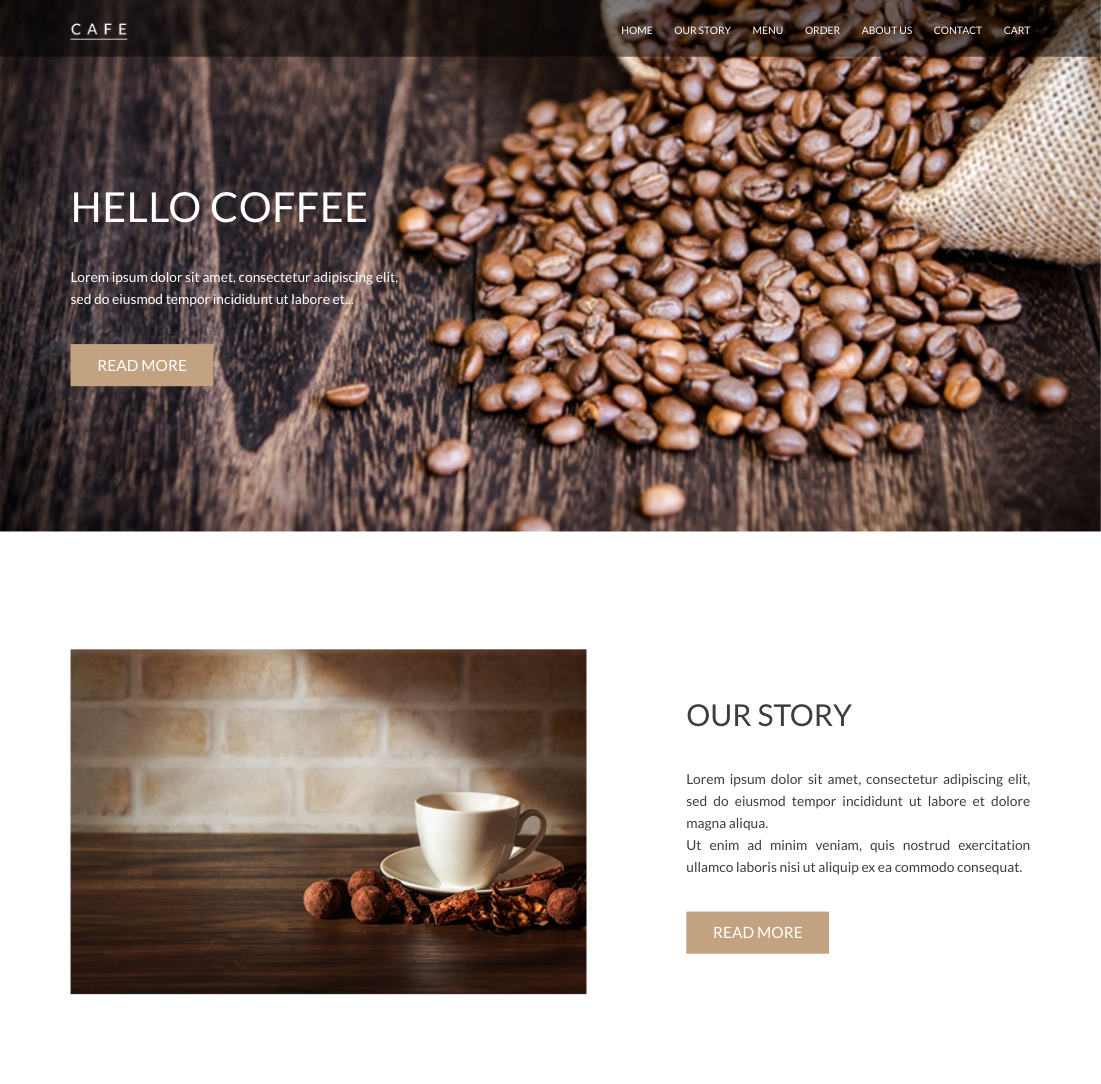
Repository: kuluong2000/coffe
Page: index.html
The author's editor kept a copy of each file at every save. The page is drawn from the files as they stood at one save, then again after the next save.
The browser window is 1280 px wide. The pictures show the whole page, at 86% of full size.

Above is the page before, as saved 2021-10-04 21:19:11.

After the next save:
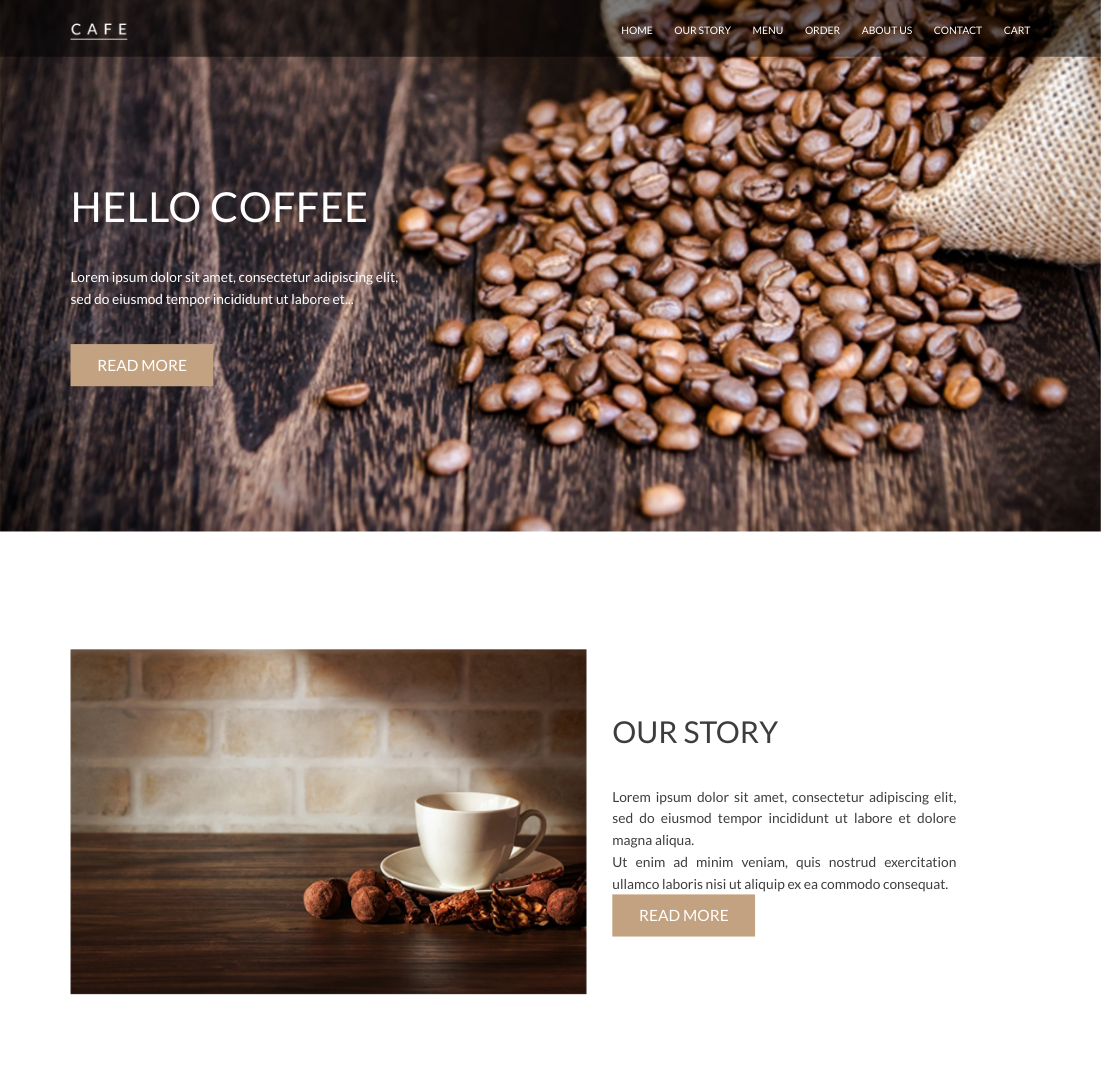
Saved 18 s later.
--- a/Assets/css/style.css
+++ b/Assets/css/style.css
@@ -107,7 +107,7 @@ body{
 }
 .story-main{
     display:flex;
-    justify-content: space-between;
+
     align-items: center;
 }
 .story-image{
@@ -130,5 +130,4 @@ body{
 .story-desc{
     text-align: justify;
     max-width: 400px;
-    margin-bottom: 40px;
 }
